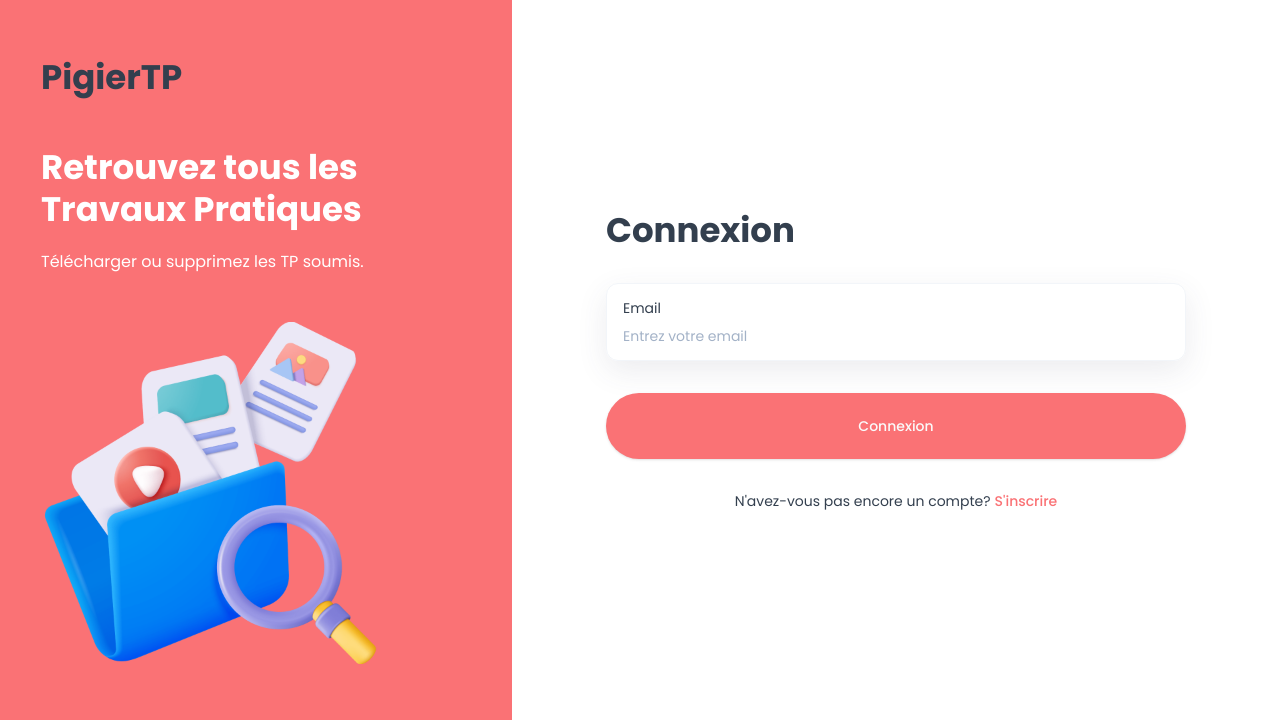
Repository: Tychiq/pigier_tp
Page: /sign-in
An editor plug-in stored every save of this project. The page is shown before and after the next save, followed by the edit.
The browser window is 1280 px wide. The pictures show the whole page.
The page's requests for data from a server got no answer. The project was rebuilt for these pictures with package versions that can differ from the ones it lists, and the page was loaded fresh each time. The framework's server and built-in components were replaced by stand-ins that run in the browser. No one was signed in, and anything a server would have sent is missing. Also part of the build but not shown: next.config.ts, components/ui/alert-dialog.tsx, components/ui/input-otp.tsx, components/OTPModal.tsx.

Above is the page before, as saved 2025-04-29 16:12:29.

After the next save:
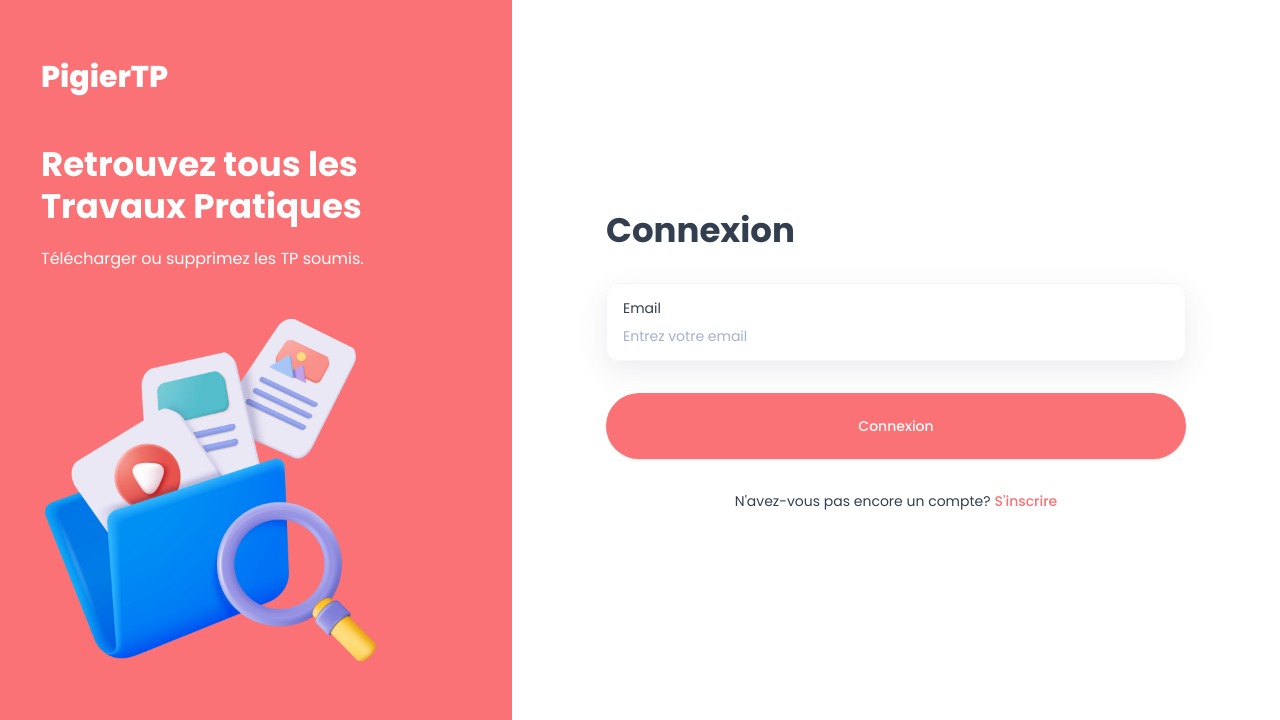
Saved 3 min 11 s later.
--- a/app/(auth)/layout.tsx
+++ b/app/(auth)/layout.tsx
@@ -6,7 +6,7 @@ const Layout = ({ children }: { children: React.ReactNode }) => {
     <div className="flex min-h-screen">
       <section className="hidden w-1/2 items-center justify-center bg-brand p-10 lg:flex xl:w-2/5">
         <div className="flex max-h-[800px] max-w-[430px] flex-col justify-center space-y-12">
-          <p className="form-title text-white">PigierTP</p>
+          <p className="text-3xl font-extrabold font-poppins text-white">PigierTP</p>
 
           <div className="space-y-5 text-white">
             <h1 className="h1">Retrouvez tous les Travaux Pratiques</h1>
